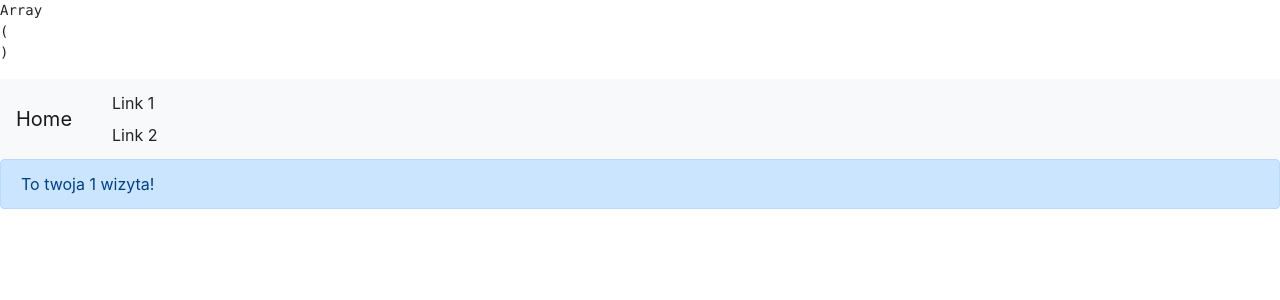
Repository: mahoone/revising_php
Page: http://localhost/public/index.php?v=categories
An editor plug-in stored every save of this project. The page is shown before and after the next save, followed by the edit.
The browser window is 1280 px wide. The pictures show the whole page.
The page is run by PHP 8.4 with error messages shown; the project is at /var/www/html/.

Above is the page before, as saved 2020-06-14 18:14:55.

After the next save:
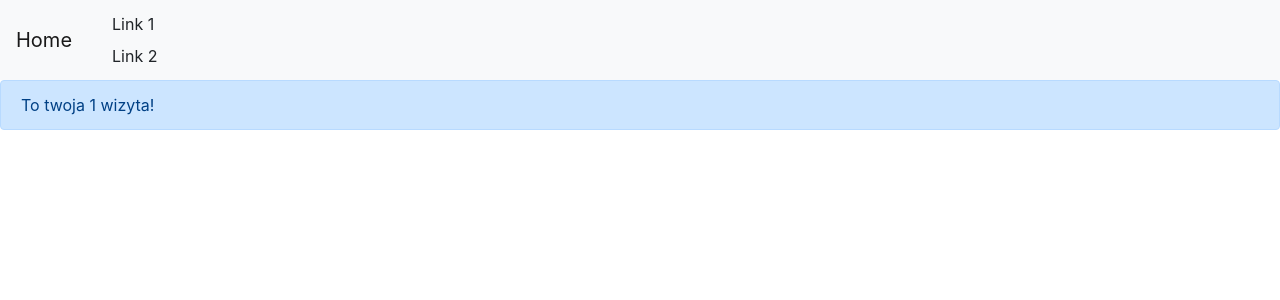
Saved 20 s later.
--- a/utils/utils.php
+++ b/utils/utils.php
@@ -11,8 +11,6 @@ function visit_counter() {
     echo "To twoja ".$_SESSION['counter'].' wizyta!';
 }
 
-
-dumb($_SESSION);
 
 function dumb($var)
 {
